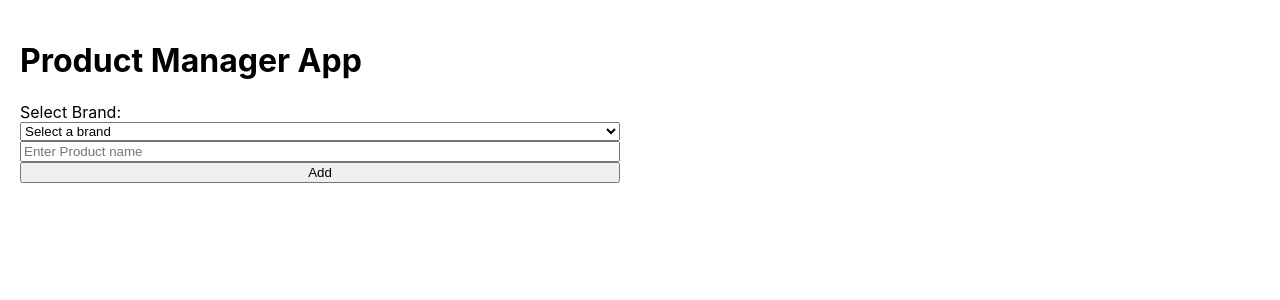
Repository: sunilkc-7/product-manager-app
Page: /
An editor plug-in stored every save of this project. The page is shown before and after the next save, followed by the edit.
The browser window is 1280 px wide. The pictures show the whole page.
The project was rebuilt for these pictures with package versions that can differ from the ones it lists, and the page was loaded fresh each time.

Above is the page before, as saved 2023-07-31 15:43:22.

### src/App.js
import "./App.css";
import productsData from "./data/data.json";
import { useState } from "react";

function App() {
  const [brandList, setBrandList] = useState(productsData.brands);
  const [productList, setProductList] = useState(productsData.products);
  return (
    <div className="App">
      <h1>Product Manager App</h1>
      <div className="form-container">
        <label>Select Brand:</label>
        <select>
          <option value="">Select a brand</option>
          {brandList.map((brand) => (
            <option key={brand} value={brand}>
              {brand}
            </option>
          ))}
        </select>

        <input type="text" placeholder="Enter Product name" />

        <button>Add</button>
      </div>
    </div>
  );
}

export default App;

### src/App.css
.App {
  /* text-align: center; */
  align-items: center;
  max-width: 600px;
  padding: 20px;
}

.form-container {
  display: flex;
  flex-direction: column;
}

### src/data/data.json
{
  "brands": ["Brand A", "Brand B", "Brand C"],
  "products": [
    {
      "brand": "Apple",
      "name": "Product1"
    },
    {
      "brand": "Samsung",
      "name": "Product2"
    },
    {
      "brand": "Google",
      "name": "Product3"
    }
  ]
}

Loaded but not shown: public/index.html (common file); src/index.js (common file); src/index.css (common file); src/reportWebVitals.js (common file)

After the next save:
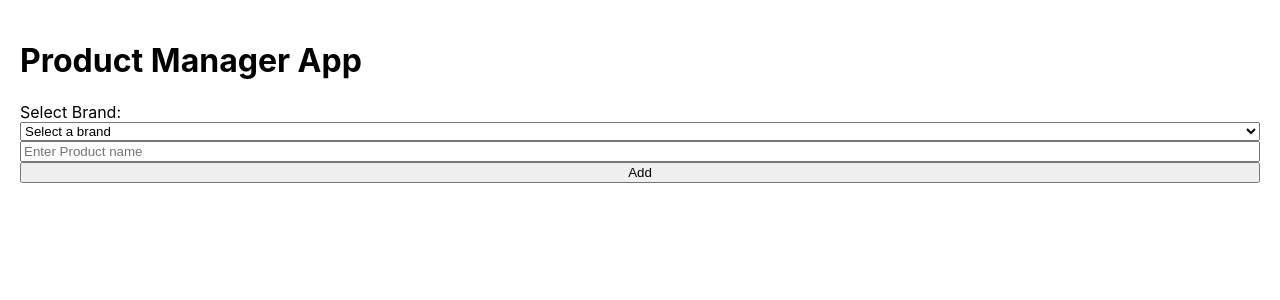
Saved 5 s later.
--- a/src/App.css
+++ b/src/App.css
@@ -1,7 +1,7 @@
 .App {
   /* text-align: center; */
   align-items: center;
-  max-width: 600px;
+  /* max-width: 600px; */
   padding: 20px;
 }
 

After the save that followed:
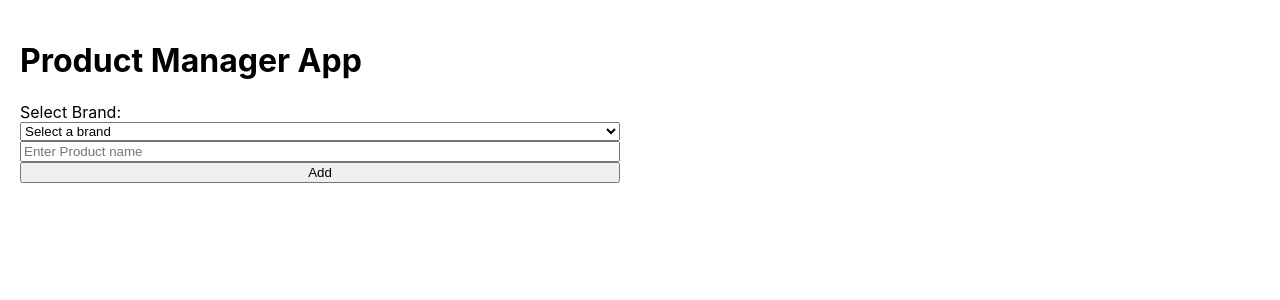
Saved 8 s later.
--- a/src/App.css
+++ b/src/App.css
@@ -1,7 +1,7 @@
 .App {
   /* text-align: center; */
   align-items: center;
-  /* max-width: 600px; */
+  max-width: 600px;
   padding: 20px;
 }
 
